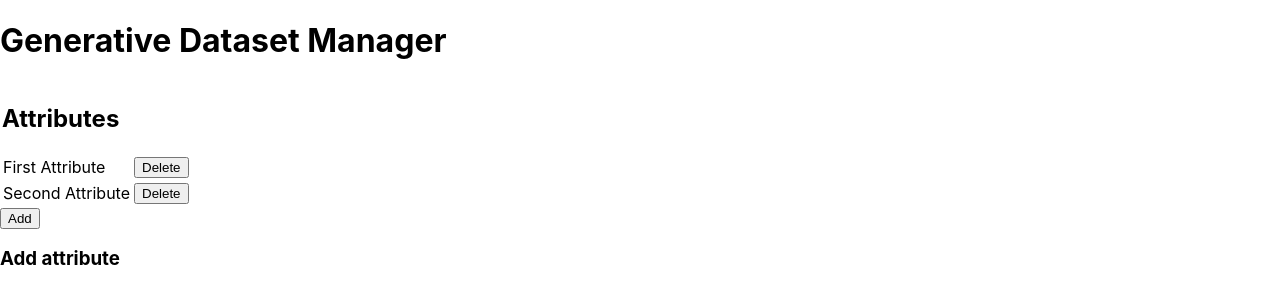
Repository: DaiWelsh/generatrive-ui
Page: /
An editor plug-in stored every save of this project. The page is shown before and after a run of saves, followed by the edit.
The browser window is 1280 px wide. The pictures show the whole page.
The project was rebuilt for these pictures with package versions that can differ from the ones it lists, and the page was loaded fresh each time. Also part of the build but not shown: src/App.css.

Above is the page before, as saved 2021-10-10 12:51:14.

After the next 5 saves:
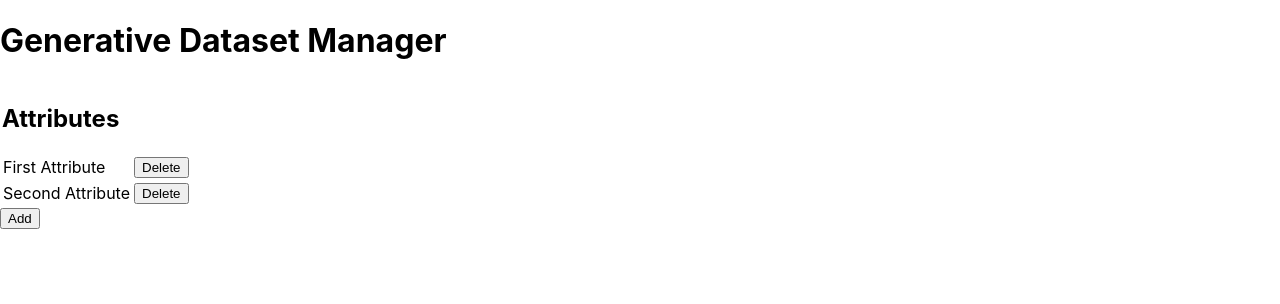
The 5 saves are shown as one change because 1 did not build or start and some came seconds apart.
The last was saved 18 s later.
--- a/src/components/Dataset.js
+++ b/src/components/Dataset.js
@@ -36,9 +36,11 @@ export default function Dataset() {
       <button onClick={() => addAttribute()}>
         Add
       </button>
-      <form>
-        <h3>Add attribute</h3>
-      </form>
+      {adding &&
+        <form>
+          <h3>Add attribute</h3>
+        </form>
+      }
     </Fragment>
   );
 }
